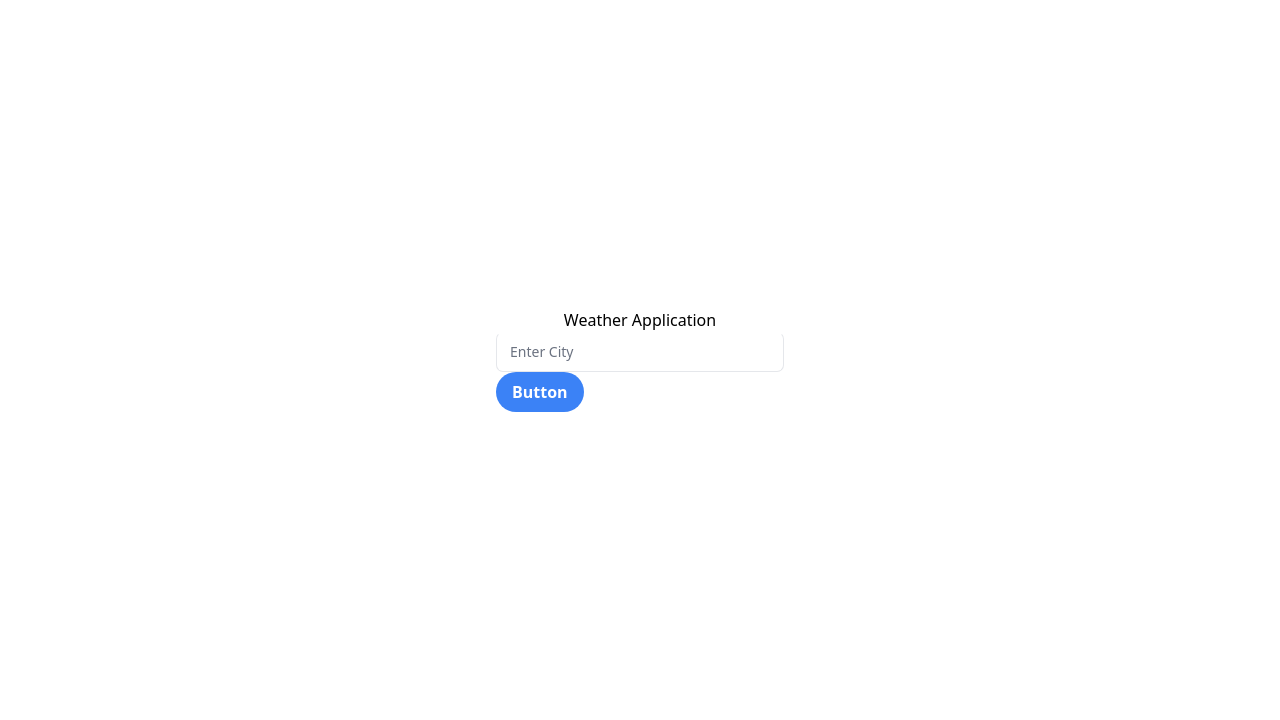
Repository: rajratangm/xweather
Page: /
The author's editor kept a copy of each file at every save. The page is drawn from the files as they stood at one save, then again after a run of saves.
The browser window is 1280 px wide. The pictures show the whole page.
The project was rebuilt for these pictures with package versions that can differ from the ones it lists, and the page was loaded fresh each time.

Above is the page before, as saved 2024-06-06 10:35:30.

After the next 2 saves:
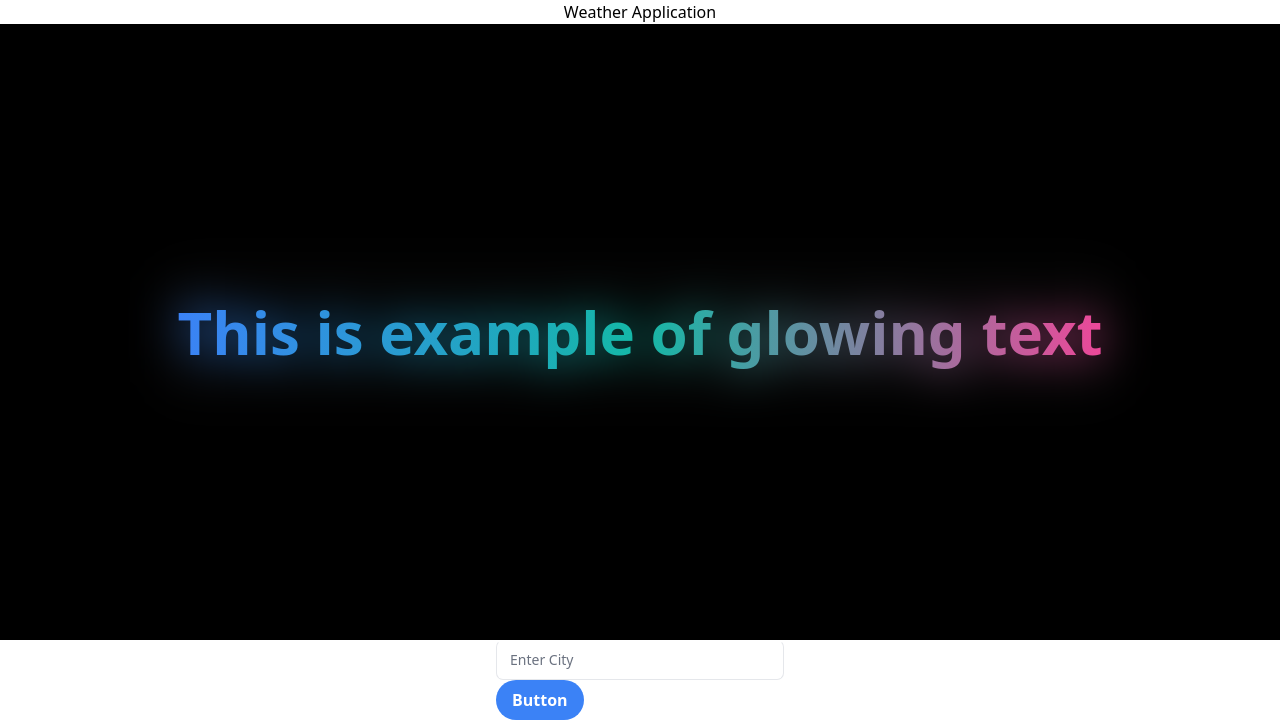
The 2 saves are shown as one change because they came seconds apart.
The last was saved 6 min 33 s later.
--- a/src/App.js
+++ b/src/App.js
@@ -47,6 +47,15 @@ const WeatherApp = () => {
   return (
     <div className="weather-app">
       <h1>Weather Application</h1>
+      <div class="flex h-screen w-full items-center justify-center bg-black">
+    <span class="absolute mx-auto py-4 flex border w-fit bg-gradient-to-r blur-xl from-blue-500 via-teal-500 to-pink-500 bg-clip-text text-6xl box-content font-extrabold text-transparent text-center select-none">
+    This is example of glowing text
+  </span>
+    <h1
+        class="relative top-0 w-fit h-auto py-4 justify-center flex bg-gradient-to-r items-center from-blue-500 via-teal-500 to-pink-500 bg-clip-text text-6xl font-extrabold text-transparent text-center select-auto">
+        This is example of glowing text
+    </h1>
+</div>
       <form onSubmit={handleSubmit}>
         <div className="w-72">
           <div className="relative w-full min-w-[200px] h-10">
